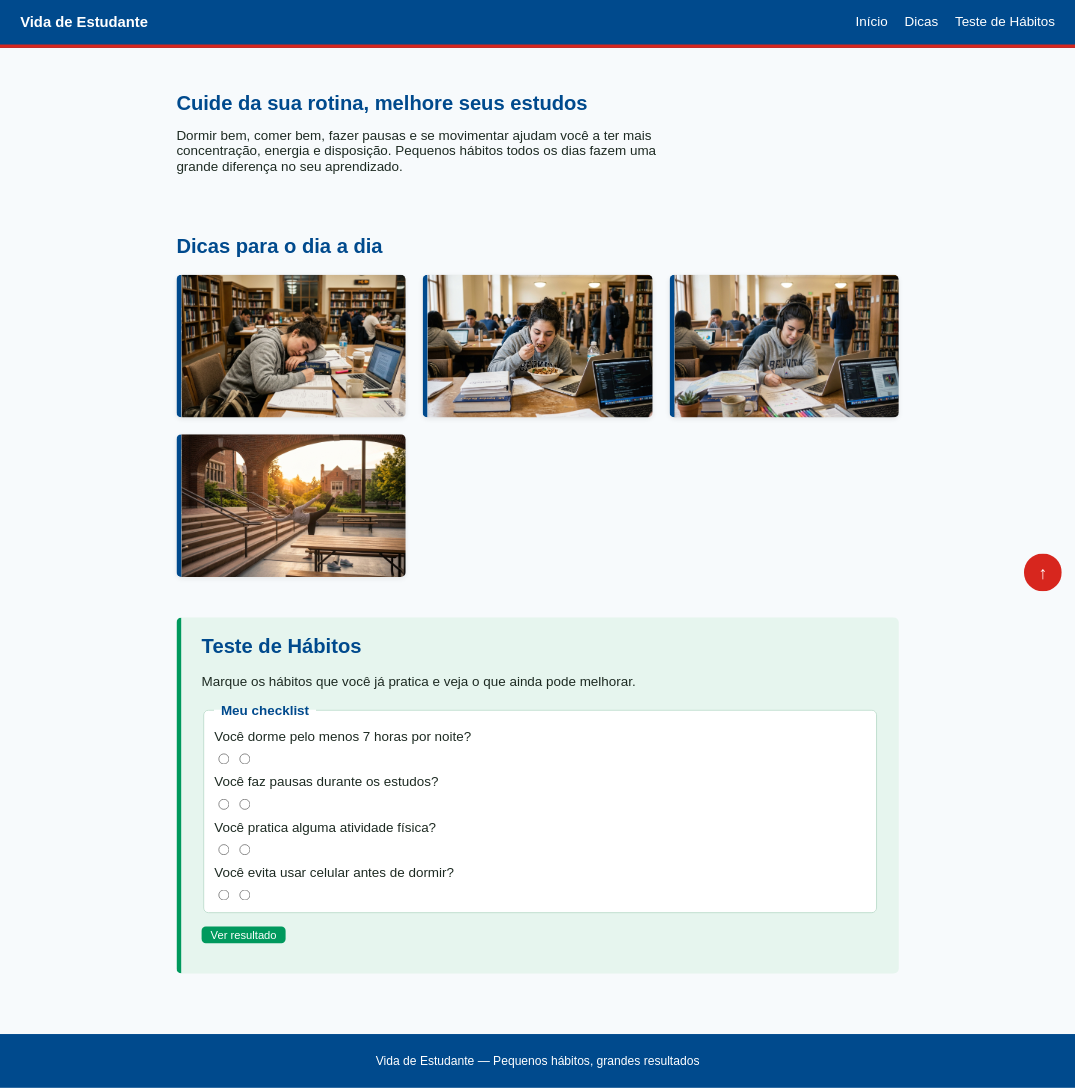
Repository: antonymsantana-design/healf-student
Page: index.html
These files come from the project's save history. The page is drawn as it stood at one moment and after a run of saves; the edit follows.
The browser window is 1280 px wide. The pictures show the whole page, at 84% of full size.

Above is the page before, as saved 2026-10-12 22:29:15.

After the next 3 saves:
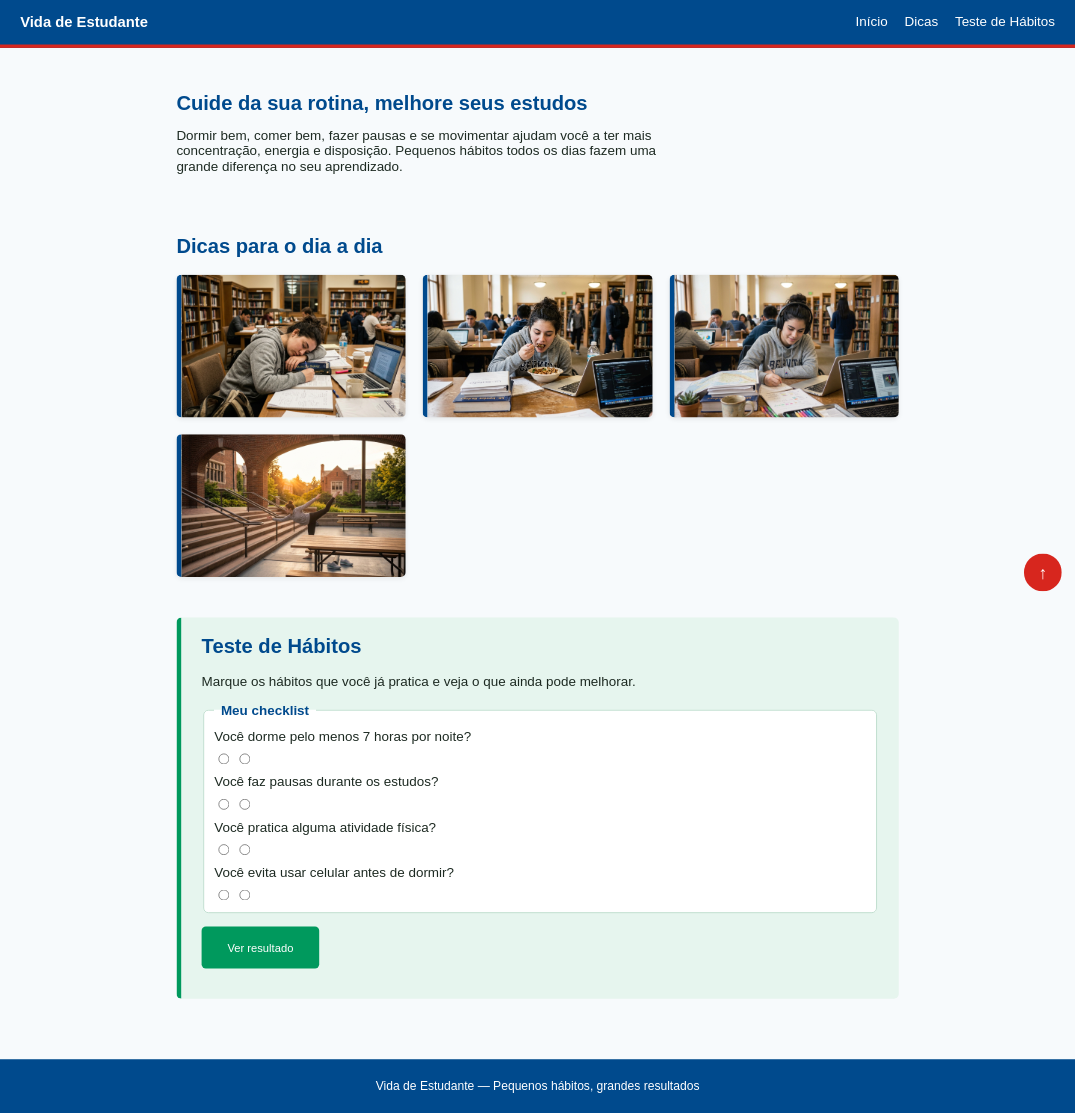
The 3 saves are shown as one change because they came seconds apart.
The last was saved 8 s later.
--- a/style.css
+++ b/style.css
@@ -76,8 +76,8 @@ h2 {
 }
 
 .btn{
-    width: 100px;
-    height: 20px;
+    width: 140px;
+    height: 50px;
     border-radius: 5px;
     color: white;
     background-color: #00995d;
